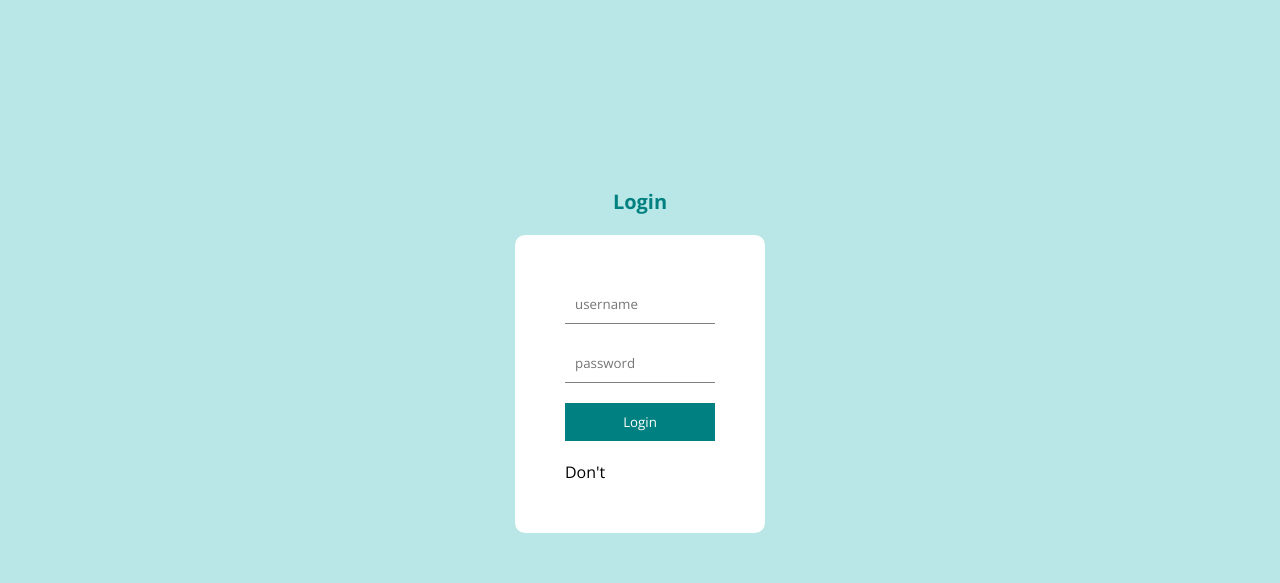
Repository: juansesu3/Blog-Full-Stack
Page: /login (app in client/blog/)
These files come from the project's save history. The page is drawn as it stood at one moment and after a run of saves; the edit follows.
The browser window is 1280 px wide. The pictures show the whole page.
The project was rebuilt for these pictures with package versions that can differ from the ones it lists, and the page was loaded fresh each time. Also part of the build but not shown: client/blog/vite.config.js, client/blog/src/pages/Register.jsx, client/blog/src/pages/Single.jsx, client/blog/src/pages/Write.jsx, client/blog/src/pages/Home.jsx, client/blog/src/components/Navbar.jsx, client/blog/src/components/Footer.jsx.

Above is the page before, as saved 2023-04-18 13:45:28.

### client/blog/index.html
<!DOCTYPE html>
<html lang="en">

<head>
  <meta charset="UTF-8" />
  <link rel="icon" type="image/svg+xml" href="/vite.svg" />
  <link href="https://fonts.googleapis.com/css2?family=Open+Sans:wght@300;400;500;600;700;800&display=swap"
    rel="stylesheet" />
  <meta name="viewport" content="width=device-width, initial-scale=1.0" />
  <title>Blog</title>

</head>

<body>
  <div id="root"></div>
  <script type="module" src="/src/main.jsx"></script>
</body>

</html>

### client/blog/src/App.jsx
import {
  createBrowserRouter,
  Outlet,
  RouterProvider,
} from "react-router-dom";
import Register from "./pages/Register";
import Login from "./pages/Login";
import Single from "./pages/Single";
import Write from "./pages/Write";
import Home from "./pages/Home"
import Navbar from "./components/Navbar"
import Footer from "./components/Footer"
import "./style.scss"

const Layout = () => {

  return(
    <>
    <Navbar/>
    <Outlet/>
    <Footer/>
    </>
  )
}

const router = createBrowserRouter([
  {
    path: "/",
    element:<Layout/>,
    children:[
      {
        path:"/",
        element:<Home/>
      },
      {
        path:"/post/:id",
        element:<Single/>
      },
      {
        path:"/write",
        element:<Write/>
      }
    ]
  },
  {
    path: "/register",
    element: <Register />,
  },
  {
    path: "/login",
    element: <Login />,
  }
]);

function App() {
  return (
    <div className="app">
      <div className="container">
      <RouterProvider router={router} />
      </div>
    </div>
  )
}



export default App

### client/blog/src/pages/Login.jsx
import React from 'react'

const Login = () => {
  return (
    <div className='auth'>
      <h1>Login</h1>
      <form>
        <input type="text" placeholder='username' />
        <input type="password" placeholder='password' />
        <button>Login</button>
        <span>Don't </span>
      </form>
      </div>
  )
}

export default Login

### client/blog/src/style.scss
* {
    box-sizing: border-box;
    font-family: "Open Sans", sans-serif;
    margin: 0;
    box-sizing: border-box;
  }

$lightGreen: #b9e7e7;
.app{
    .container{
        //LOGIN & REGISTER
        .auth{
            display: flex;
            flex-direction: column;
            align-items: center;
            justify-content: center;
            height: 100vh;
            background-color: $lightGreen;
        }
        h1{
            font-size: 20px;
            color:teal;
            margin-bottom: 20px;
        }
        form{
            display: flex;
            flex-direction: column;
            padding: 50px;
            background-color: white;
            width: 250px;
            gap: 20px;
            border-radius: 10px;
        }
        input{
            padding: 10px;
            border: none;
            border-bottom: 1px solid gray ;
        }
        button{
            padding: 10px;
            border: none;
            background-color: teal;
            color: white;
            cursor: pointer;

        }

    }
}

Loaded but not shown: client/blog/src/main.jsx (common file)

After the next 5 saves:
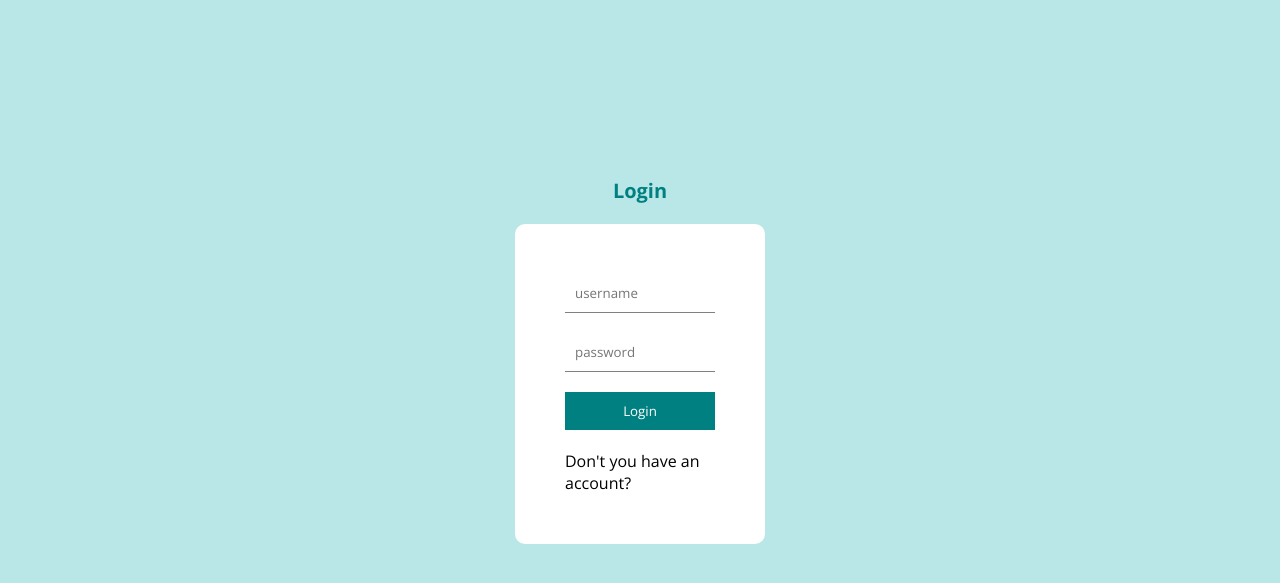
The 5 saves are shown as one change because they came seconds apart.
The last was saved 18 s later.
--- a/client/blog/src/pages/Login.jsx
+++ b/client/blog/src/pages/Login.jsx
@@ -8,7 +8,7 @@ const Login = () => {
         <input type="text" placeholder='username' />
         <input type="password" placeholder='password' />
         <button>Login</button>
-        <span>Don't </span>
+        <span>Don't you have an account?</span>
       </form>
       </div>
   )
